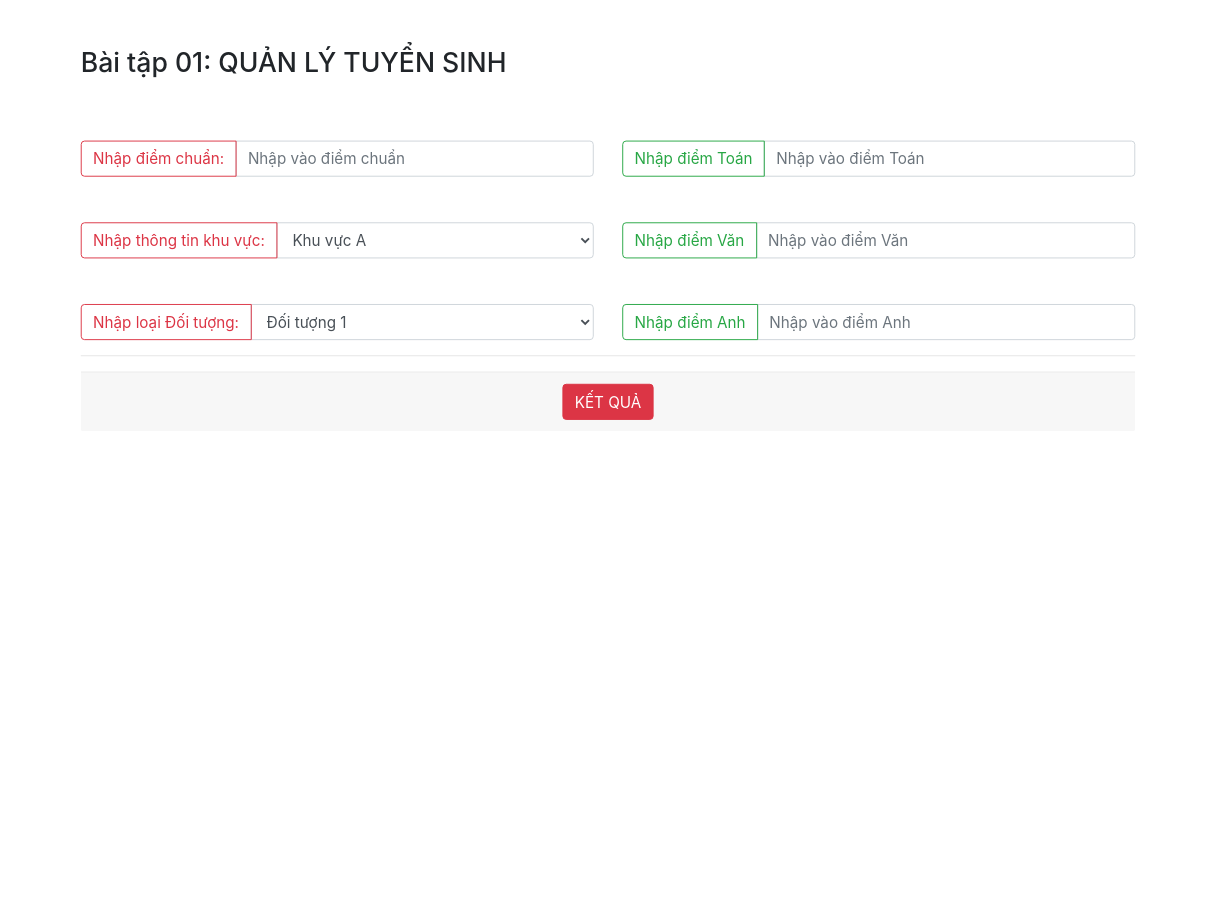
Repository: ducdatit2002/javascript-tinh-day15
Page: index.html
The author's editor kept a copy of each file at every save. The page is drawn from the files as they stood at one save, then again after the next save.
The browser window is 1280 px wide. The pictures show the whole page, at 95% of full size.

Above is the page before, as saved 2023-08-20 12:54:37.

### index.html
<!DOCTYPE html>
<html lang="en">
  <head>
    <title>HOMEWORK BUỔI 15 - JAVASCRIPT</title>
    <!-- Required meta tags -->
    <meta charset="utf-8" />
    <meta
      name="viewport"
      content="width=device-width, initial-scale=1, shrink-to-fit=no"
    />

    <!-- Bootstrap CSS -->
    <link
      rel="stylesheet"
      href="https://stackpath.bootstrapcdn.com/bootstrap/4.3.1/css/bootstrap.min.css"
      integrity="sha384-ggOyR0iXCbMQv3Xipma34MD+dH/1fQ784/j6cY/iJTQUOhcWr7x9JvoRxT2MZw1T"
      crossorigin="anonymous"
    />
  </head>
  <body>
    <div class="container" style="margin-bottom: 500px; margin-top: 50px">
      <div class="baiTap1">
        <h3>Bài tập 01: QUẢN LÝ TUYỂN SINH</h3>
        <div class="row mt-3">
          <div class="col-6">
            <div class="input-group mt-5">
              <div class="input-group-prepend">
                <button class="btn btn-outline-danger">Nhập điểm chuẩn:</button>
              </div>
              <input
                type="text"
                class="form-control"
                id="diemChuan"
                placeholder="Nhập vào điểm chuẩn"
              />
            </div>
            <div class="input-group mt-5">
              <div class="input-group-prepend">
                <button class="btn btn-outline-danger">Nhập thông tin khu vực:</button>
              </div>
              <select id="khuVuc" class="form-control">
                <option value="2">Khu vực A</option>
                <option value="1">Khu vực B</option>
                <option value="0.5">Khu vực C</option>
              </select>
            </div>
            <div class="input-group mt-5">
              <div class="input-group-prepend">
                <button class="btn btn-outline-danger">Nhập loại Đối tượng:</button>
              </div>
              <select id="doiTuong" class="form-control">
                <option value="2.5">Đối tượng 1</option>
                <option value="1.5">Đối tượng 2</option>
                <option value="1">Đối tượng 3</option>
              </select>
            </div>
          </div>
          <div class="col-6">
            <div class="input-group mt-5">
              <div class="input-group-prepend">
                <button class="btn btn-outline-success">Nhập điểm Toán</button>
              </div>
              <input
                type="text"
                class="form-control"
                id="diemToan"
                placeholder="Nhập vào điểm Toán"
              />
            </div>
             <div class="input-group mt-5">
              <div class="input-group-prepend">
                <button class="btn btn-outline-success">Nhập điểm Văn</button>
              </div>
              <input
                type="text"
                class="form-control"
                id="diemVan"
                placeholder="Nhập vào điểm Văn"
              />
            </div>
             <div class="input-group mt-5">
              <div class="input-group-prepend">
                <button class="btn btn-outline-success">Nhập điểm Anh</button>
              </div>
              <input
                type="text"
                class="form-control"
                id="diem Anh"
                placeholder="Nhập vào điểm Anh"
              />
            </div>
          </div>
        </div>
        <hr>
        <div class="card-footer text-center">
            <button id="btnKetQua" class="btn btn-danger">KẾT QUẢ</button>
            <br />
            <span id="ketQua" class="display-4"></span>
          </div>
      </div>
    </div>
    <!-- Optional JavaScript -->
    <!-- jQuery first, then Popper.js, then Bootstrap JS -->
    <script
      src="https://code.jquery.com/jquery-3.3.1.slim.min.js"
      integrity="sha384-q8i/X+965DzO0rT7abK41JStQIAqVgRVzpbzo5smXKp4YfRvH+8abtTE1Pi6jizo"
      crossorigin="anonymous"
    ></script>
    <script
      src="https://cdnjs.cloudflare.com/ajax/libs/popper.js/1.14.7/umd/popper.min.js"
      integrity="sha384-UO2eT0CpHqdSJQ6hJty5KVphtPhzWj9WO1clHTMGa3JDZwrnQq4sF86dIHNDz0W1"
      crossorigin="anonymous"
    ></script>
    <script
      src="https://stackpath.bootstrapcdn.com/bootstrap/4.3.1/js/bootstrap.min.js"
      integrity="sha384-JjSmVgyd0p3pXB1rRibZUAYoIIy6OrQ6VrjIEaFf/nJGzIxFDsf4x0xIM+B07jRM"
      crossorigin="anonymous"
    ></script>
    <script src="./index.js"></script>
  </body>
</html>

Loaded but not shown: index.js (no copy from this time; the picture is the same without it)

After the next save:
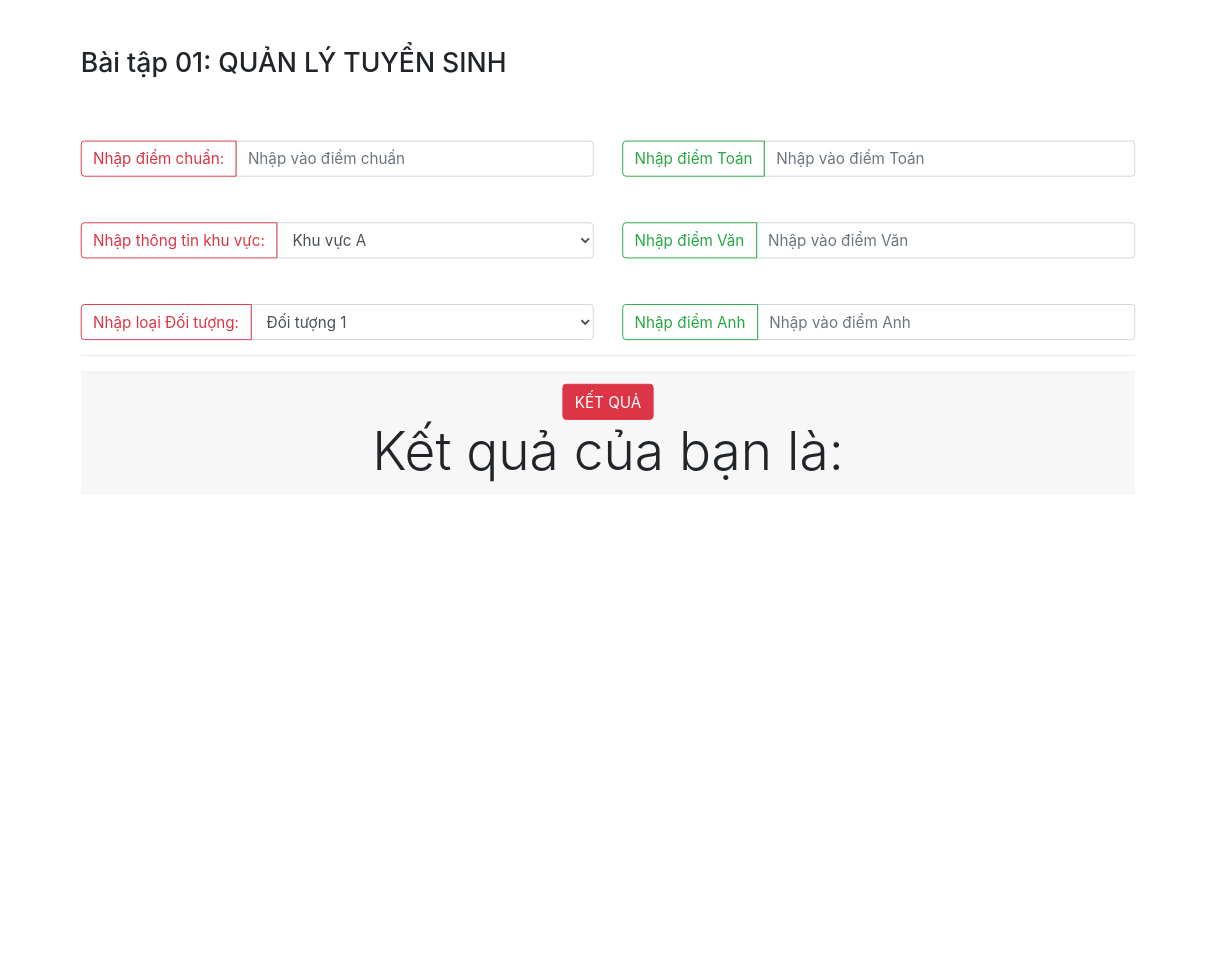
Saved 11 s later.
--- a/index.html
+++ b/index.html
@@ -95,7 +95,7 @@
         <div class="card-footer text-center">
             <button id="btnKetQua" class="btn btn-danger">KẾT QUẢ</button>
             <br />
-            <span id="ketQua" class="display-4"></span>
+            <span id="ketQua" class="display-4">Kết quả của bạn là: </span>
           </div>
       </div>
     </div>
